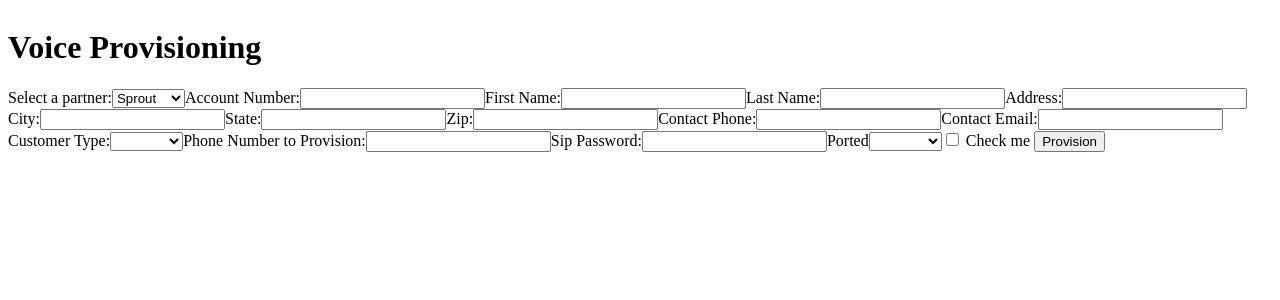
Repository: smallchungus/logiccom
Page: /
An editor plug-in stored every save of this project. The page is shown before and after the next save, followed by the edit.
The browser window is 1280 px wide. The pictures show the whole page.
The project was rebuilt for these pictures with package versions that can differ from the ones it lists, and the page was loaded fresh each time. Also part of the build but not shown: vite.config.ts.

Above is the page before, as saved 2023-05-04 11:00:34.

### src/App.vue
<template>

<header>
  <h1>Voice Provisioning</h1>
</header>

  <form>
    <label for="partner">Select a partner:</label>
    <select id="partner" name="partner">
      <option value="Sprout">Sprout</option>
      <option value="option2">Option 2</option>
    </select>

    <label for="accountNum">Account Number:</label>
    <input type="text" id="accountNum" name="accountNum">

    <label for="firstName">First Name:</label>
    <input type="text" id="firstName" name="firstName">

    <label for="lastName">Last Name:</label>
    <input type="text" id="lastName" name="lastName">

    <label for="address">Address:</label>
    <input type="text" id="address" name="address">

    <label for="city">City:</label>
    <input type="text" id="city" name="city">

    <label for="state">State:</label>
    <input type="text" id="state" name="state">

    <label for="zip">Zip:</label>
    <input type="text" id="zip" name="zip">

    <label for="contactPhone">Contact Phone:</label>
    <input type="text" id="contactPhone" name="contactPhone">

    <label for="contactEmail">Contact Email:</label>
    <input type="text" id="contactEmail" name="contactEmail">

    <label for="customerType">Customer Type:</label>
    <select id="customerType" name="customerType">
      <option value="Sprout"></option>
      <option value="option2">Option 2</option>
    </select>

    <label for="phoneToProv">Phone Number to Provision:</label>
    <input type="text" id="phoneToProv" name="phoneToProv">

    <label for="sipPassword">Sip Password:</label>
    <input type="text" id="sipPassword" name="sipPassword">

    <label for="ported">Ported</label>
    <select id="ported" name="ported">
      <option value=""></option>
      <option value="option2">Option 2</option>
    </select>

    <label>
      <input type="checkbox" >
      Check me
    </label>
    <p v-if="isChecked">I'm checked!</p>

    <button type="submit">Provision</button>
  </form>
</template>

<style>
@media (min-width: 1024px) {
  header {
    display: flex;
    place-items: center;
    padding-right: calc(var(--section-gap) / 2);
  }

  .logo {
    margin: 0 2rem 0 0;
  }

  header .wrapper {
    display: flex;
    place-items: flex-start;
    flex-wrap: wrap;
  }
}
</style>

Loaded but not shown: index.html (common file); src/main.ts (common file)

After the next save:
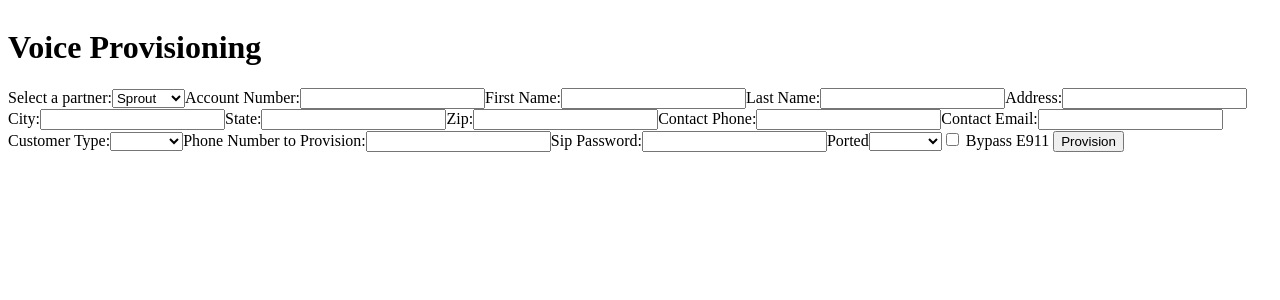
Saved 14 s later.
--- a/src/App.vue
+++ b/src/App.vue
@@ -58,7 +58,7 @@
 
     <label>
       <input type="checkbox" >
-      Check me
+      Bypass E911
     </label>
     <p v-if="isChecked">I'm checked!</p>
 
